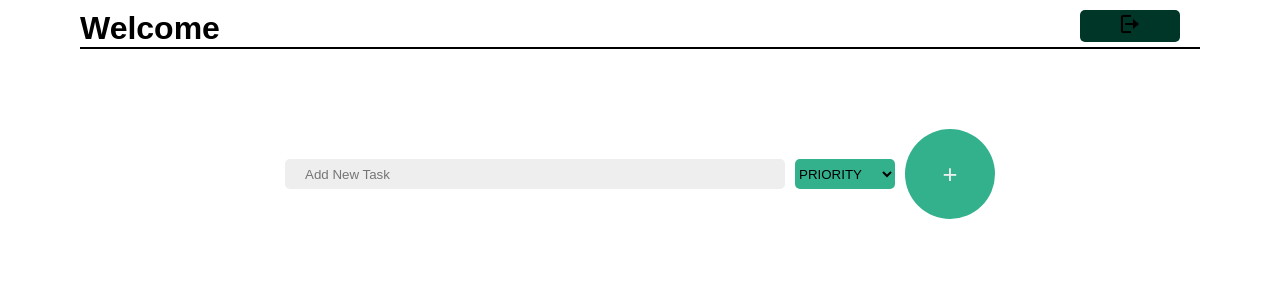
Repository: tebo27cMd/todo_App
Page: /HomePage
These files come from the project's save history. The page is drawn as it stood at one moment and after a run of saves; the edit follows.
The browser window is 1280 px wide. The pictures show the whole page.
The page's requests for data from a server got no answer. The project was rebuilt for these pictures with package versions that can differ from the ones it lists, and the page was loaded fresh each time. No one was signed in, and anything a server would have sent is missing. Also part of the build but not shown: src/Pages/LoginPage.jsx, src/Pages/SignInPage.jsx.

Above is the page before, as saved 2022-08-23 11:55:45.

After the next 2 saves:
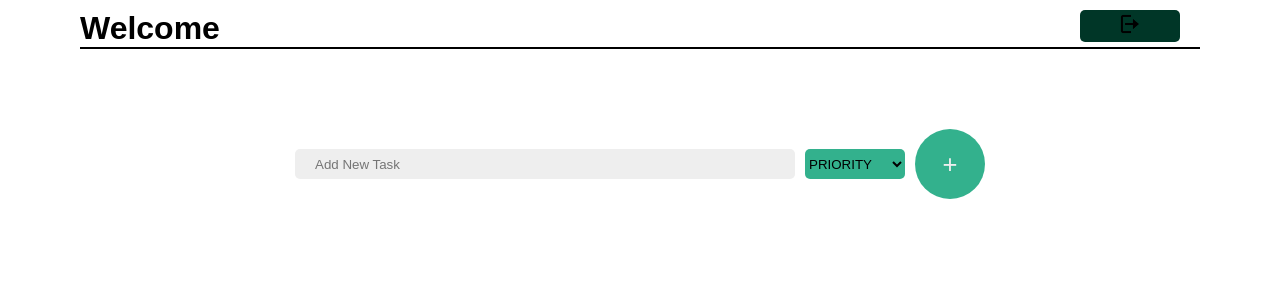
The 2 saves are shown as one change because they came seconds apart.
The last was saved 15 s later.
--- a/src/css/HomePage.css
+++ b/src/css/HomePage.css
@@ -65,8 +65,8 @@
 }
 
 .bottomPart .topBtn{
-    height: 90px;
-    width: 90px;
+    height: 70px;
+    width: 70px;
     border-radius: 50px;
     border: none;
     color: #eee;
